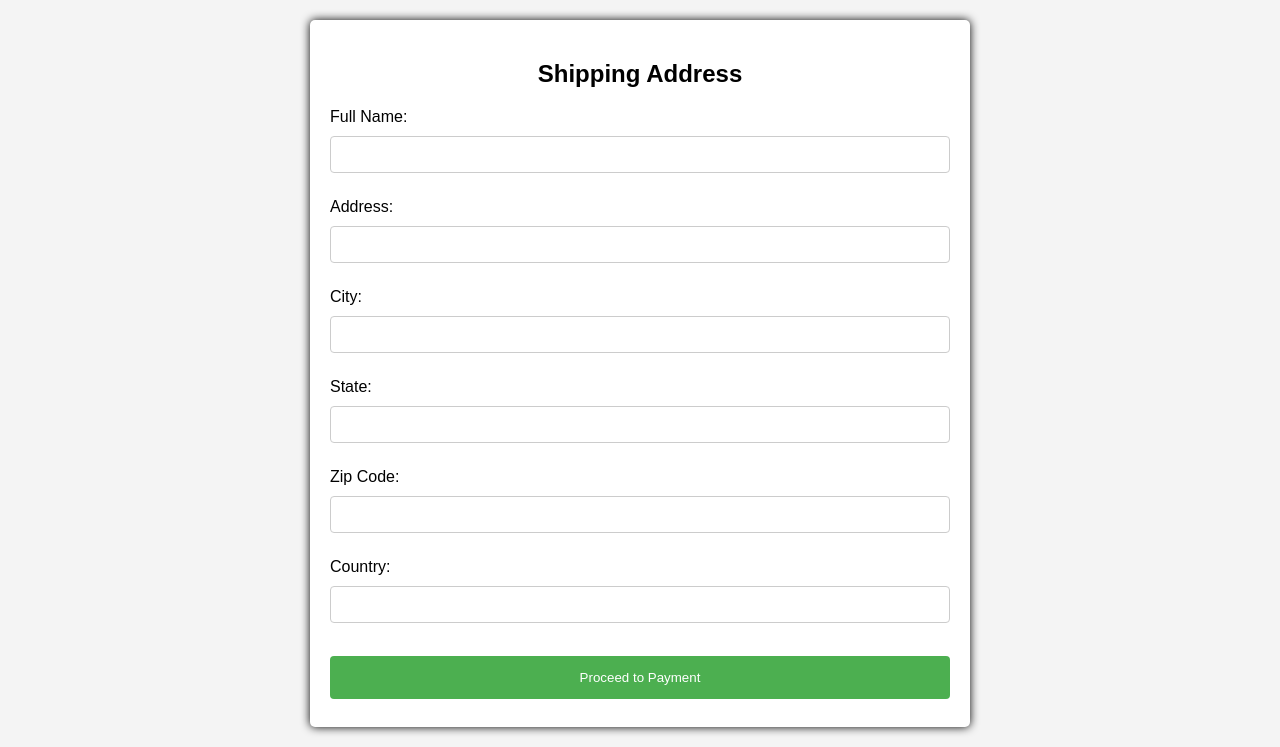
Repository: sairam468/Java-Technologies--Servlet-and-JSP-Programs
Page: http://localhost/SAIBOOK_App/OrderAddress.jsp
The author's editor kept a copy of each file at every save. The page is drawn from the files as they stood at one save, then again after the next save.
The browser window is 1280 px wide. The pictures show the whole page.
The page is served by Tomcat 9.

Above is the page before, as saved 2024-11-02 09:12:23.

### SAIBOOK_App/src/main/webapp/OrderAddress.jsp
<%@ page language="java" contentType="text/html; charset=UTF-8" pageEncoding="UTF-8"%>
<!DOCTYPE html>
<html>
<head>
    <meta charset="UTF-8">
    <title>Order Address</title>
    <style>
        /* Basic styling */
        body {
            font-family: Arial, sans-serif;
            margin: 0;
            padding: 20px;
            background-color: #f4f4f4;
        }
        .container {
            width: 50%;
            margin: auto;
            background: #fff;
            padding: 20px;
            border-radius: 5px;
            box-shadow: 0px 0px 10px 0px #000;
        }
        h2 {
            text-align: center;
        }
        .form-group {
            margin-bottom: 15px;
        }
        .form-group label {
            display: block;
            margin-bottom: 5px;
        }
        .form-group input {
            width: 100%;
            padding: 10px;
            margin: 5px 0 10px 0;
            display: inline-block;
            border: 1px solid #ccc;
            border-radius: 4px;
            box-sizing: border-box;
        }
        .btn {
            width: 100%;
            background-color: #4CAF50;
            color: white;
            padding: 14px 20px;
            margin: 8px 0;
            border: none;
            border-radius: 4px;
            cursor: pointer;
        }
        .btn:hover {
            background-color: #45a049;
        }
    </style>
</head>
<body>
    <div class="container">
        <h2>Shipping Address</h2>
        <form action="OrderPayment.jsp" method="post">
            <div class="form-group">
                <label for="name">Full Name:</label>
                <input type="text" id="name" name="name" required>
            </div>
            <div class="form-group">
                <label for="address">Address:</label>
                <input type="text" id="address" name="address" required>
            </div>
            <div class="form-group">
                <label for="city">City:</label>
                <input type="text" id="city" name="city" required>
            </div>
            <div class="form-group">
                <label for="state">State:</label>
                <input type="text" id="state" name="state" required>
            </div>
            <div class="form-group">
                <label for="zipcode">Zip Code:</label>
                <input type="text" id="zipcode" name="zipcode" required>
            </div>
            <div class="form-group">
                <label for="country">Country:</label>
                <input type="text" id="country" name="country" required>
            </div>
            <button type="submit" class="btn">Proceed to Payment</button>
        </form>
    </div>
</body>
</html>

### SAIBOOK_App/src/main/webapp/styles.css
/* General styling */
body {
    font-family: 'Arial', sans-serif;
    margin: 0;
    padding: 0;
    background-color: #f8f9fa; /* Light gray background */
}

/* Header styling */
header {
    background-color: #343a40; /* Dark gray */
    color: #ffffff;
    padding: 20px;
    display: flex;
    align-items: center;
    justify-content: center;
    gap: 10px;
}

/* Logo styling */
.logo {
    width: 50px;
    height: auto;
}

/* Navigation styling */
nav {
    margin: 10px 0;
}

nav a {
    margin: 0 15px;
    text-decoration: none;
    color: #007bff; /* Blue */
    padding: 5px 10px;
    border-radius: 5px;
    transition: background-color 0.3s;
}

nav a:hover {
    background-color: rgb(188, 249, 6); /* Blue on hover */
    color: white;
}

nav a:visited {
    color: rgb(128, 0, 255);
}

/* Container styling */
.container {
    width: 80%;
    margin: auto;
    padding: 20px;
    background: white;
    box-shadow: 0 0 10px rgba(0, 0, 0, 0.1);
    border-radius: 8px; /* Rounded corners */
}

/* Heading styling */
h2 {
    color: #333;
}

/* Table styling */
table {
    width: 100%; /* Full-width table */
    border-collapse: collapse;
    color: #333; /* Dark gray text color */
    text-align: center; /* Center all text and images */
}

/* Table cell styling */
th, td {
    padding: 15px;
    text-align: center; /* Center align the content */
    border-bottom: 1px solid #ddd; /* Light gray border */
    vertical-align: middle; /* Vertically center align content */
}

/* Header cell styling */
th {
    background-color: #f2f2f2; /* Light gray background for header */
    font-weight: bold;
}

/* Book image styling */
.book-image {
    width: 100px; /* Fixed width for all book images */
    height: 150px; /* Fixed height for all book images */
    object-fit: cover; /* Ensures the image fits within the specified width and height */
}

/* Center the images in the table cells */
td img {
    display: block;
    margin: 0 auto; /* Center the image horizontally */
}

/* Form styling */
form {
    display: flex;
    flex-direction: column;
}

form input[type="text"],
form input[type="password"],
form input[type="number"],
form input[type="email"],
form input[type="tel"] {
    padding: 10px;
    margin: 5px 0;
    border: 1px solid #ced4da; /* Light gray border */
    border-radius: 5px;
    width: 300px; /* Fixed width for uniform size */
    box-sizing: border-box; /* Ensures padding doesn't affect the width */
}

form input[type="submit"] {
    background-color: #28a745; /* Green */
    color: white;
    border: none;
    padding: 10px;
    cursor: pointer;
    transition: background-color 0.3s;
    width: 100px; /* Adjust width for the submit button if needed */
}

form input[type="submit"]:hover {
    background-color: #218838; /* Darker green */
}

/* Message styling */
.message {
    color: #dc3545; /* Red */
    margin: 10px 0;
}
/* Message styling */
.message {
    color: red; /* Text color for the message */
    margin: 20px auto;
    text-align: center;
    font-weight: bold;
    padding: 10px;
    border: 1px solid #dc3545; /* Optional: red border */
    background-color: #f8d7da; /* Optional: light red background */
    width: 80%; /* Adjust the width as needed */
    border-radius: 5px;
}

After the next save:
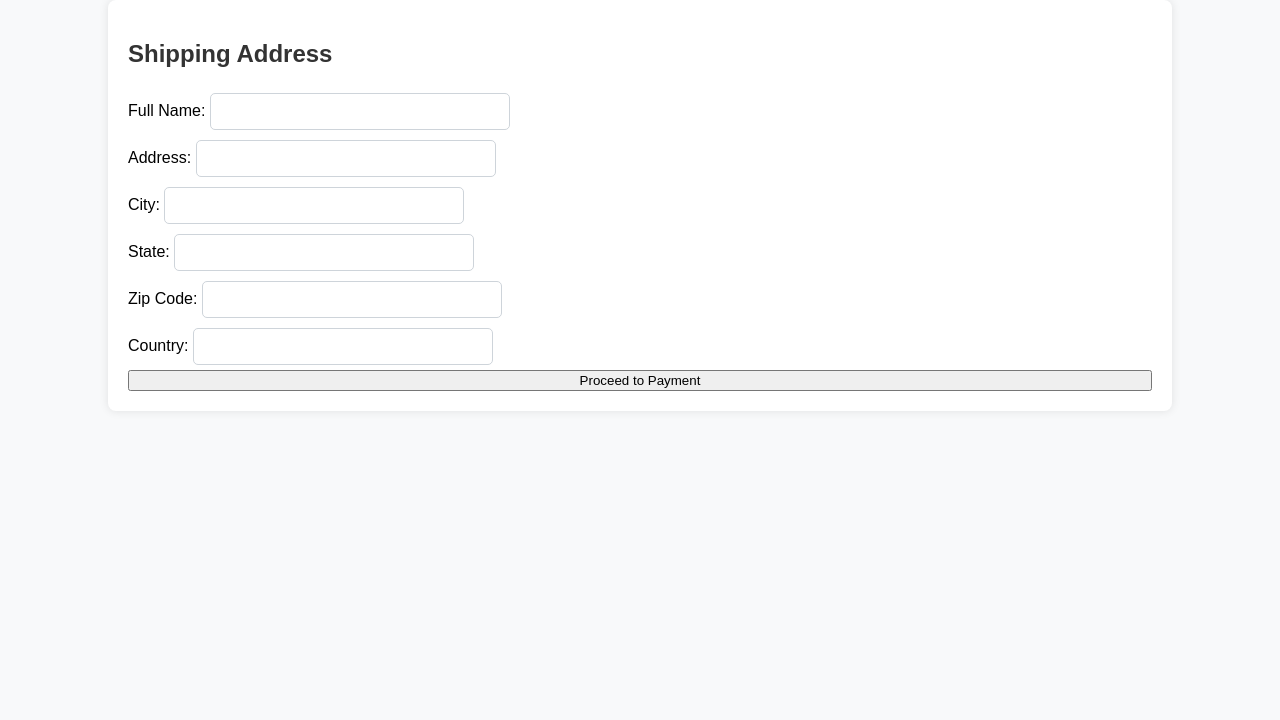
Saved 6 min 15 s later.
--- a/SAIBOOK_App/src/main/webapp/OrderAddress.jsp
+++ b/SAIBOOK_App/src/main/webapp/OrderAddress.jsp
@@ -4,55 +4,7 @@
 <head>
     <meta charset="UTF-8">
     <title>Order Address</title>
-    <style>
-        /* Basic styling */
-        body {
-            font-family: Arial, sans-serif;
-            margin: 0;
-            padding: 20px;
-            background-color: #f4f4f4;
-        }
-        .container {
-            width: 50%;
-            margin: auto;
-            background: #fff;
-            padding: 20px;
-            border-radius: 5px;
-            box-shadow: 0px 0px 10px 0px #000;
-        }
-        h2 {
-            text-align: center;
-        }
-        .form-group {
-            margin-bottom: 15px;
-        }
-        .form-group label {
-            display: block;
-            margin-bottom: 5px;
-        }
-        .form-group input {
-            width: 100%;
-            padding: 10px;
-            margin: 5px 0 10px 0;
-            display: inline-block;
-            border: 1px solid #ccc;
-            border-radius: 4px;
-            box-sizing: border-box;
-        }
-        .btn {
-            width: 100%;
-            background-color: #4CAF50;
-            color: white;
-            padding: 14px 20px;
-            margin: 8px 0;
-            border: none;
-            border-radius: 4px;
-            cursor: pointer;
-        }
-        .btn:hover {
-            background-color: #45a049;
-        }
-    </style>
+    <link rel="stylesheet" type="text/css" href="styles.css">
 </head>
 <body>
     <div class="container">
--- a/SAIBOOK_App/src/main/webapp/styles.css
+++ b/SAIBOOK_App/src/main/webapp/styles.css
@@ -134,6 +134,7 @@
     color: #dc3545; /* Red */
     margin: 10px 0;
 }
+
 /* Message styling */
 .message {
     color: red; /* Text color for the message */
